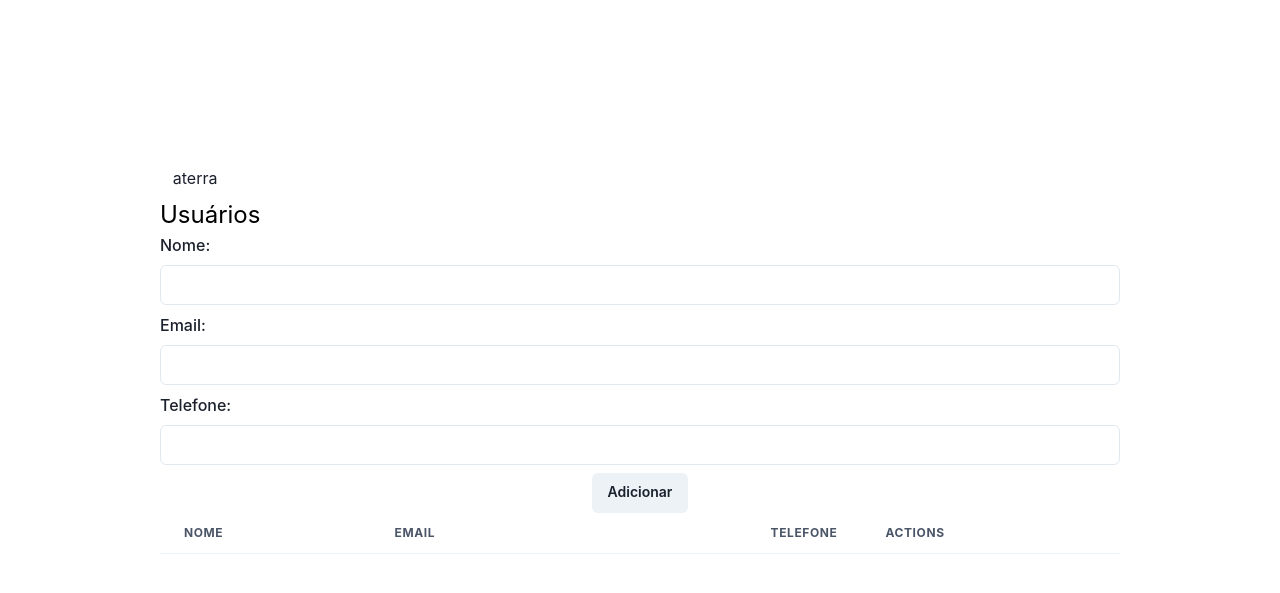
Repository: renan-oliveira93/CRUD-ATERRA
Page: /
An editor plug-in stored every save of this project. The page is shown before and after the next save, followed by the edit.
The browser window is 1280 px wide. The pictures show the whole page.
The page's requests for data from a server got no answer. The project was rebuilt for these pictures with package versions that can differ from the ones it lists, and the page was loaded fresh each time. The framework's server and built-in components were replaced by stand-ins that run in the browser. No one was signed in, and anything a server would have sent is missing. Also part of the build but not shown: next.config.js.

Above is the page before, as saved 2022-02-02 12:33:13.

After the next save:
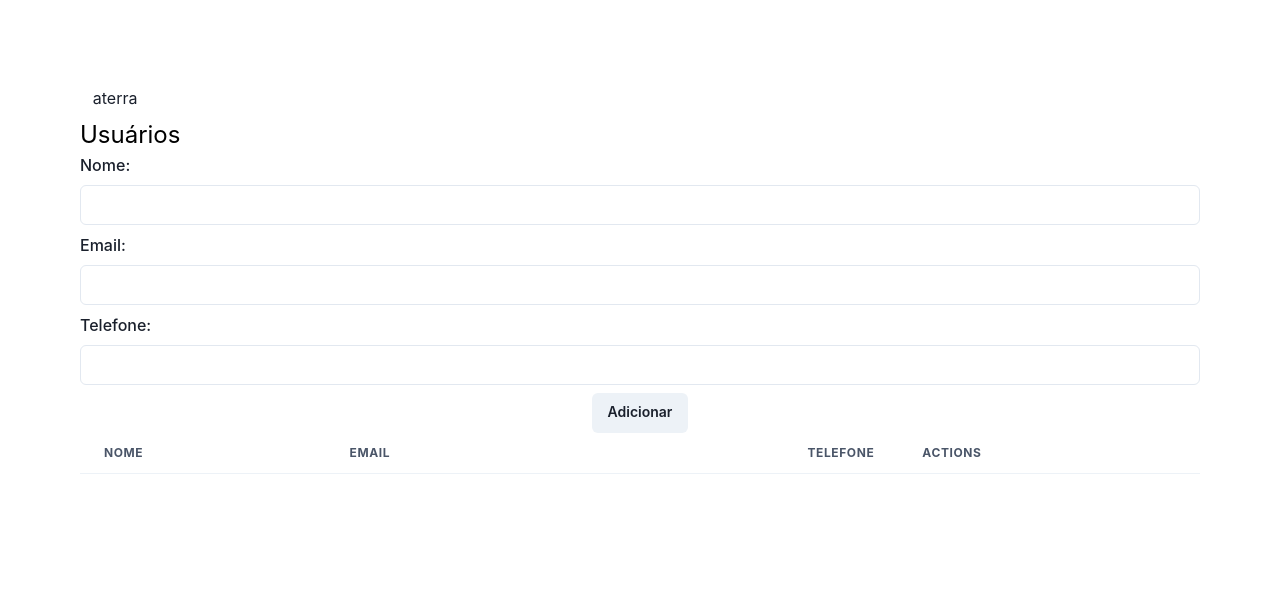
Saved 23 s later.
--- a/pages/index.js
+++ b/pages/index.js
@@ -113,7 +113,7 @@ export default function Home() {
   }
 
   return (
-    <Box margin='10rem' >
+    <Box margin='5rem' >
       <Menu>
         <MenuItem>aterra</MenuItem>
       </Menu>
